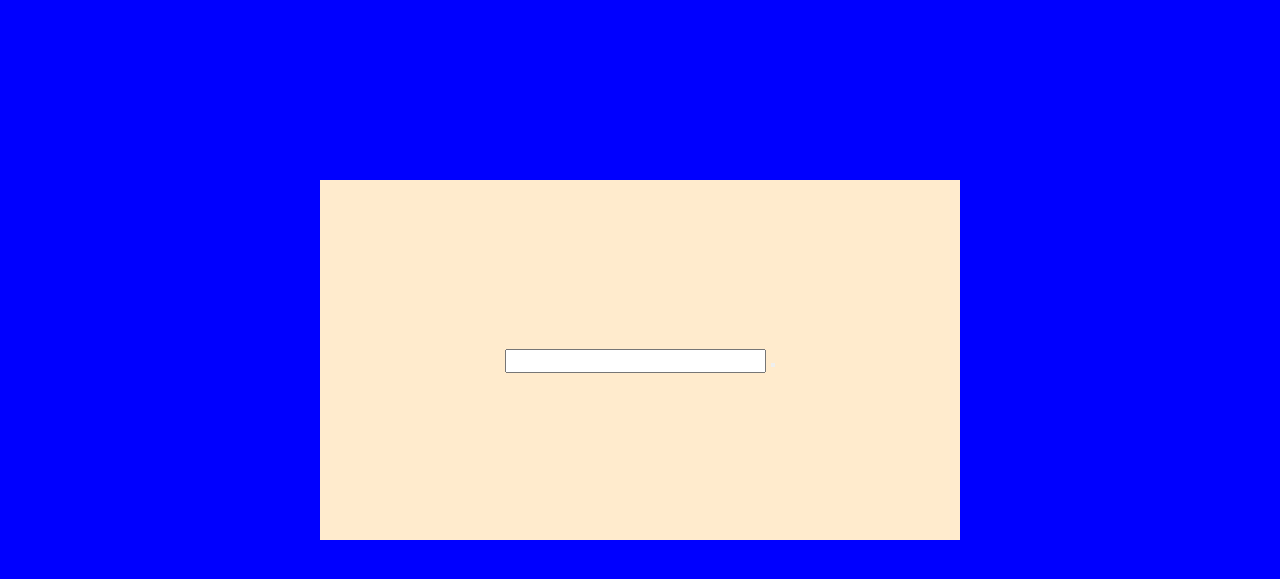
Repository: NarekTovmasyan/promise
Page: inex.html
These files come from the project's save history. The page is drawn as it stood at one moment and after the next save; the edit follows.
The browser window is 1280 px wide. The pictures show the whole page.

Above is the page before, as saved 2022-02-21 20:25:28.

After the next save:
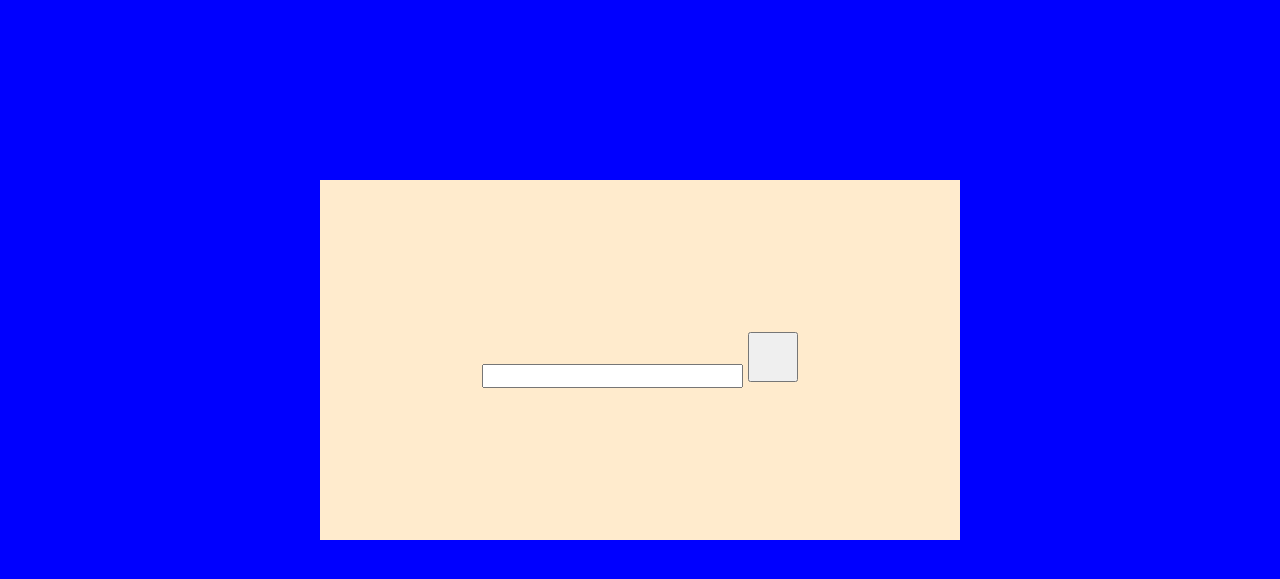
Saved 35 s later.
--- a/style.css
+++ b/style.css
@@ -31,4 +31,7 @@
 
 } */
 
-.btn {}
+.btn {
+    width: 50px;
+    height: 50px;
+}
